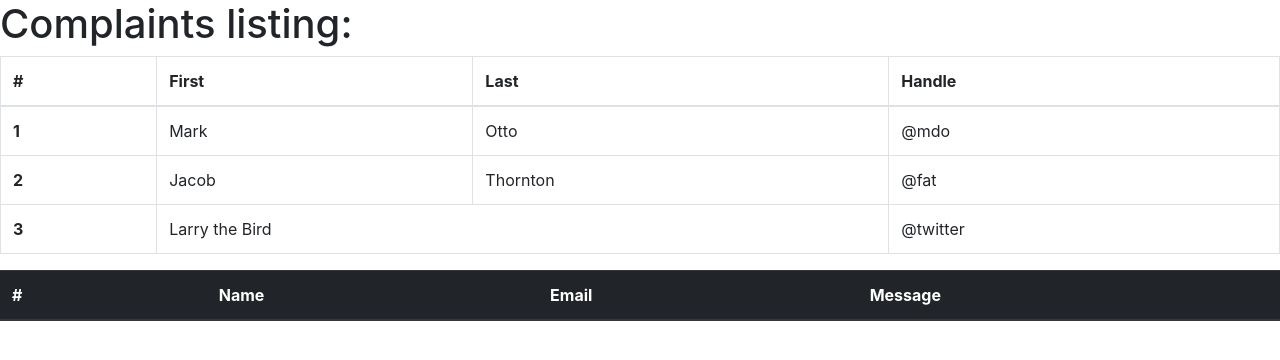
Repository: mkejeiri/Java-Entreprise
Page: http://localhost/complaintsystem/WEB-INF/views/showComplains.jsp
An editor plug-in stored every save of this project. The page is shown before and after the next save, followed by the edit.
The browser window is 1280 px wide. The pictures show the whole page.
The page is served by Tomcat 9. Nobody is signed in. The template is opened directly, without the code that normally fills it, so the values that code supplies are empty.

Above is the page before, as saved 2018-05-13 15:09:48.

After the next save:
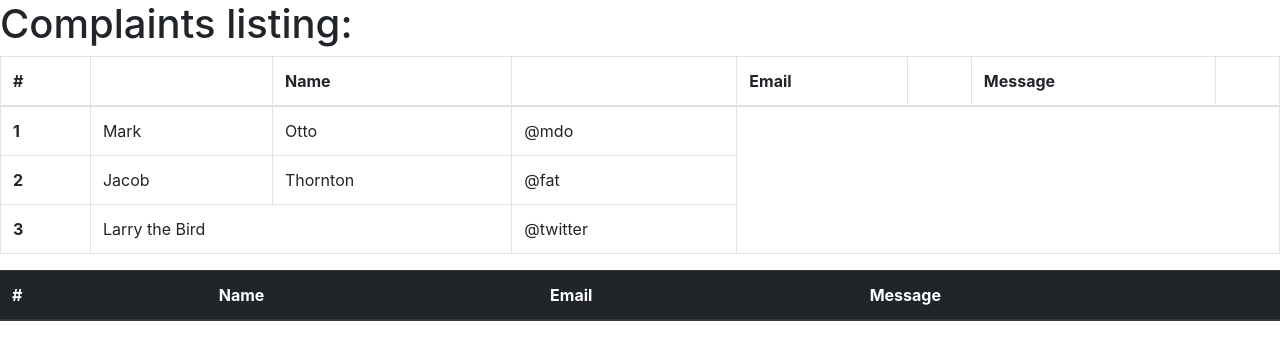
Saved 53 s later.
--- a/complaintsystem/complaintsystem/WebContent/WEB-INF/views/showComplains.jsp
+++ b/complaintsystem/complaintsystem/WebContent/WEB-INF/views/showComplains.jsp
@@ -23,10 +23,10 @@
 	<table class="table table-bordered">
   <thead>
     <tr>
-      <th scope="col">#</th>
-      <th scope="col">First</th>
-      <th scope="col">Last</th>
-      <th scope="col">Handle</th>
+     	<th scope="col">#<th>
+		<th scope="col">Name<th>
+		<th scope="col">Email<th>
+		<th scope="col">Message<th>
     </tr>
   </thead>
   <tbody>
